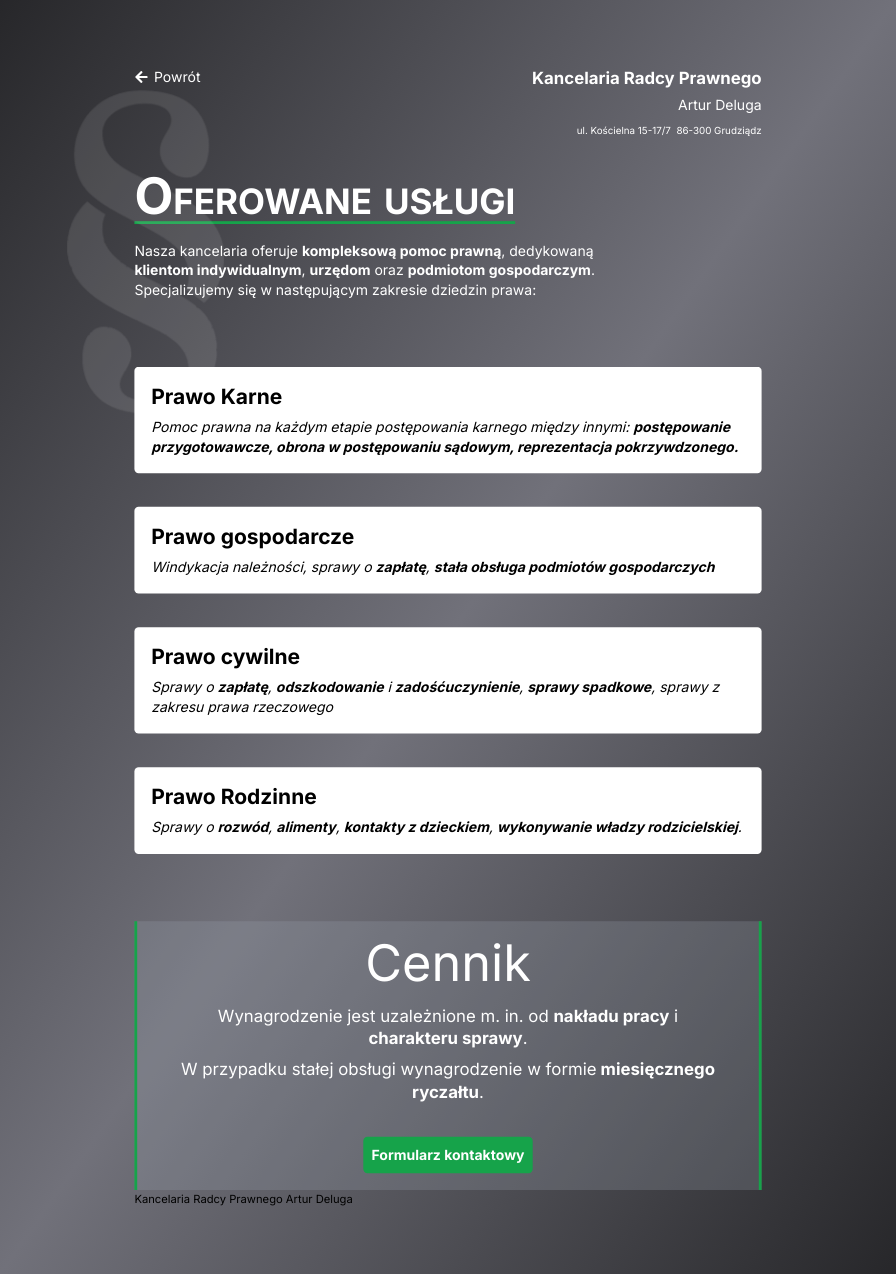
Repository: wesiudev/kancelaria-artur-deluga
Page: /oferta
An editor plug-in stored every save of this project. The page is shown before and after a run of saves, followed by the edit.
The browser window is 1280 px wide. The pictures show the whole page, at 70% of full size.
The project was rebuilt for these pictures with package versions that can differ from the ones it lists, and the page was loaded fresh each time. The framework's server and built-in components were replaced by stand-ins that run in the browser. Also part of the build but not shown: next.config.js.

Above is the page before, as saved 2023-08-09 17:22:49.

After the next 2 saves:
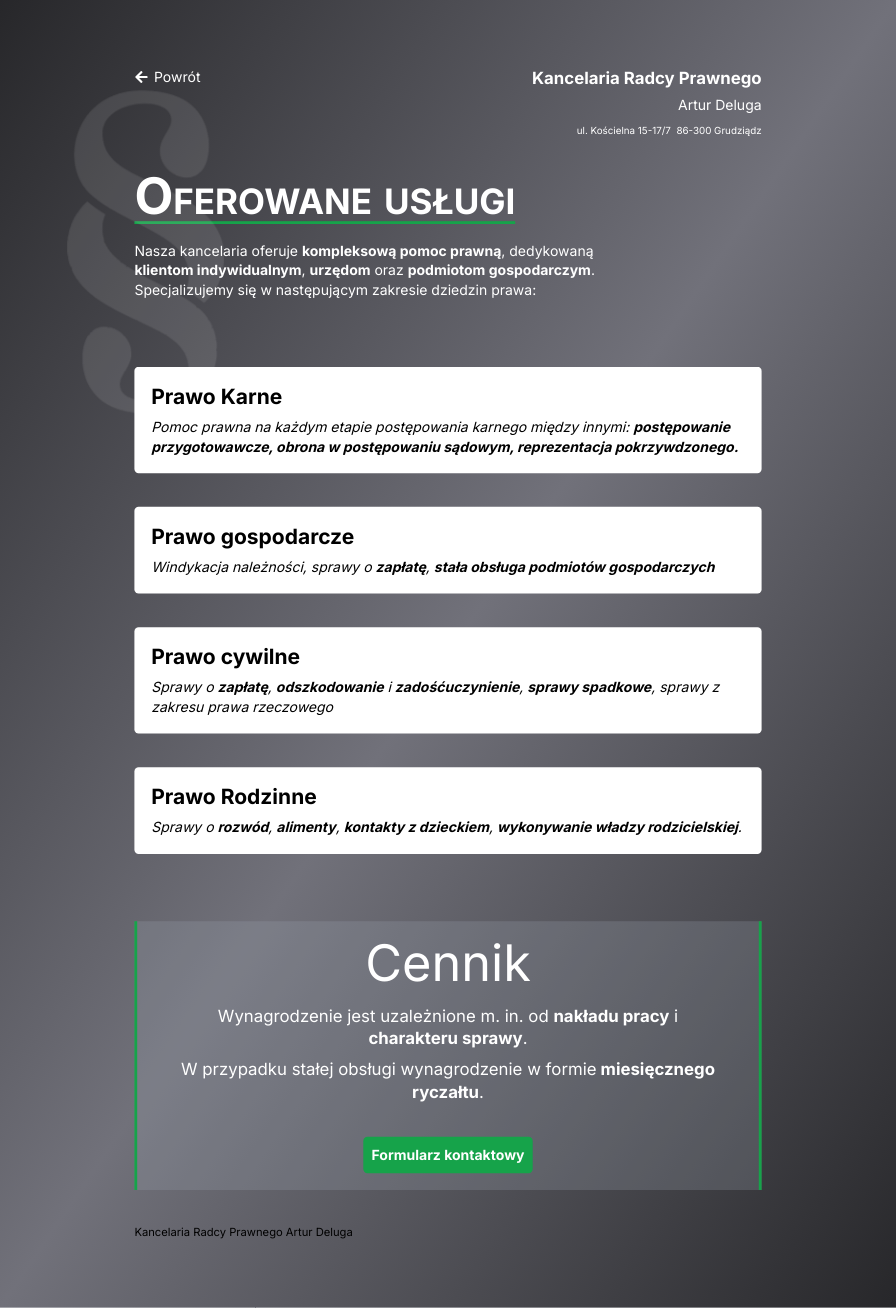
The 2 saves are shown as one change because they came seconds apart.
The last was saved 15 s later.
--- a/app/oferta/page.tsx
+++ b/app/oferta/page.tsx
@@ -161,7 +161,7 @@ export default function OfferMobile() {
             <div>ul. Kościelna 15-17/7</div>
             <div>86-300 Grudziądz</div>
           </div>
-          <div className="w-full mx-auto">
+          <div className="w-full mx-auto mt-12">
             Kancelaria Radcy Prawnego Artur Deluga
           </div>
         </div>
